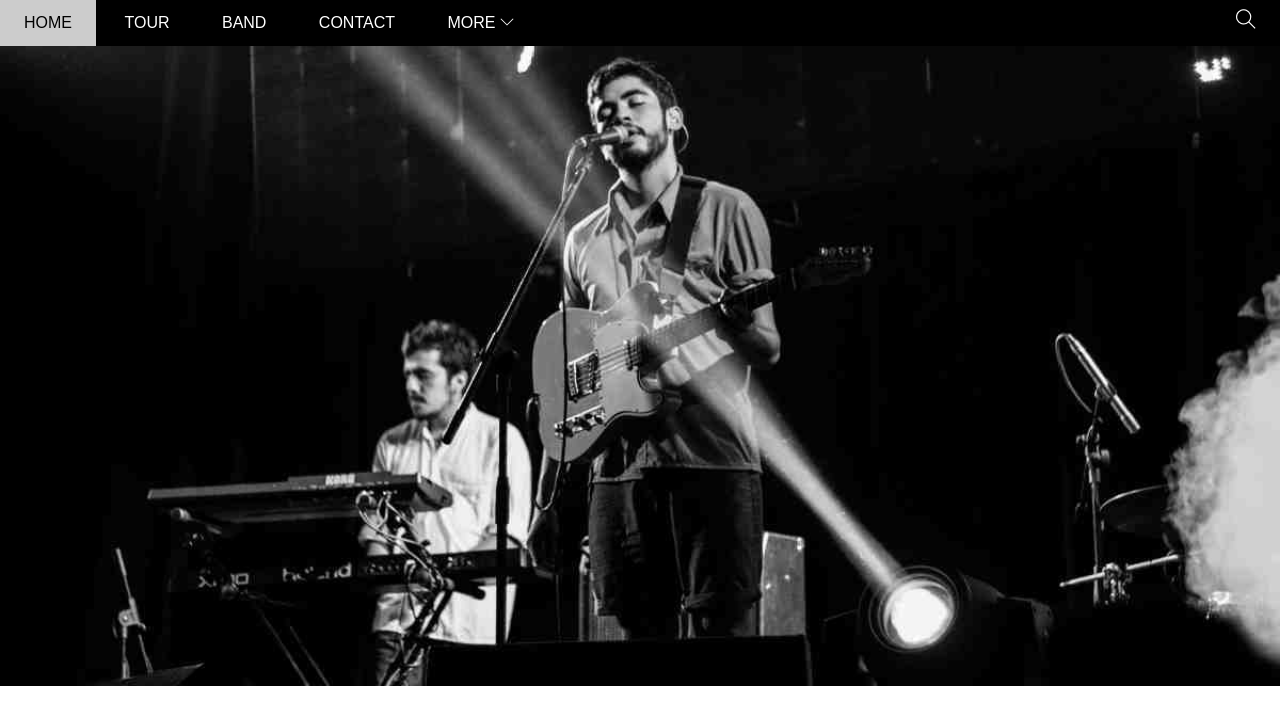
Repository: ducvui2003/LTCB
Page: index.html
These files come from the project's save history. The page is drawn as it stood at one moment and after the next save; the edit follows.
The browser window is 1280 px wide. The pictures show the whole page.

Above is the page before, as saved 2022-01-06 16:15:44.

After the next save:
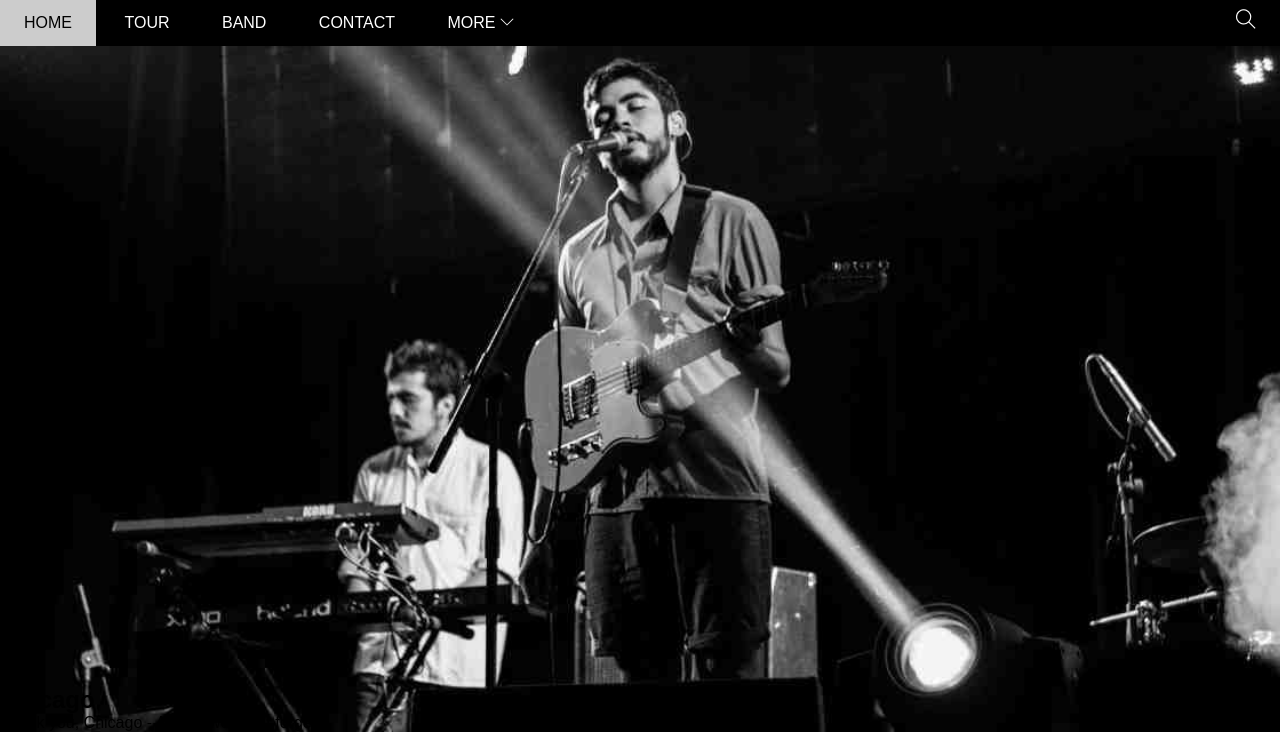
Saved 3 min 11 s later.
--- a/index.html
+++ b/index.html
@@ -55,7 +55,14 @@
             <!-- End: Search button -->
         </div>
         <!-- End: Header -->
-        <div id="slides"></div>
+        <div id="slides">
+            <div class="text-content">
+                <h2 class="text-heading">Chicago</h2>
+                <div class="text-paragraph">Thank you, Chicago - A night we won't forget.
+                </div>
+            </div>
+        </div>
+
         <div id="content"></div>
         <div id="footer"></div>
     </div>
